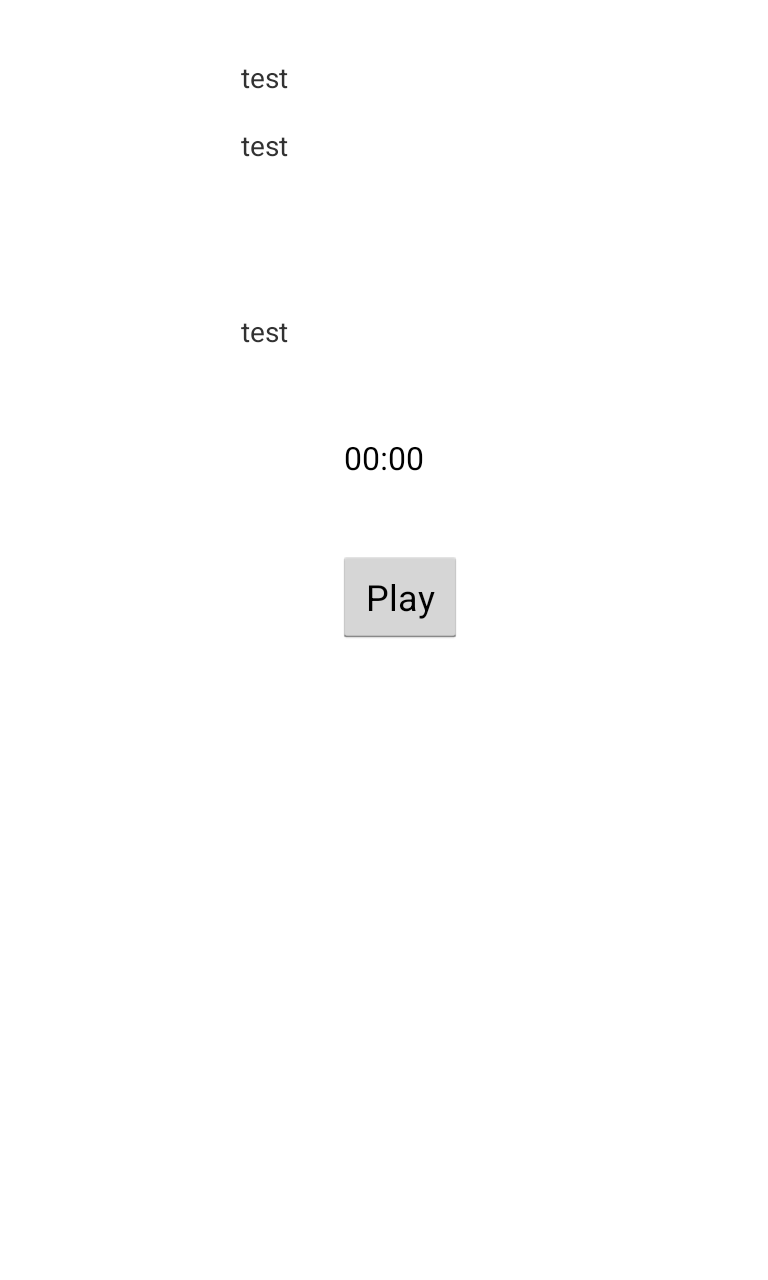
Repository: ragnarstolsmark/chartitles
Layout: workspace/Game of Thrones/GameOfThronesHelper/res/layout/activity_player.xml
The author's editor kept a copy of each file at every save. The layout is drawn from the files as they stood at one save, then again after the next save.
It is drawn on a 768 x 1280 px phone screen (xhdpi) without system bars, with theme AppTheme; the app's code is not run.

Above is the layout before, as saved 2012-12-04 21:53:23.

After the next save:
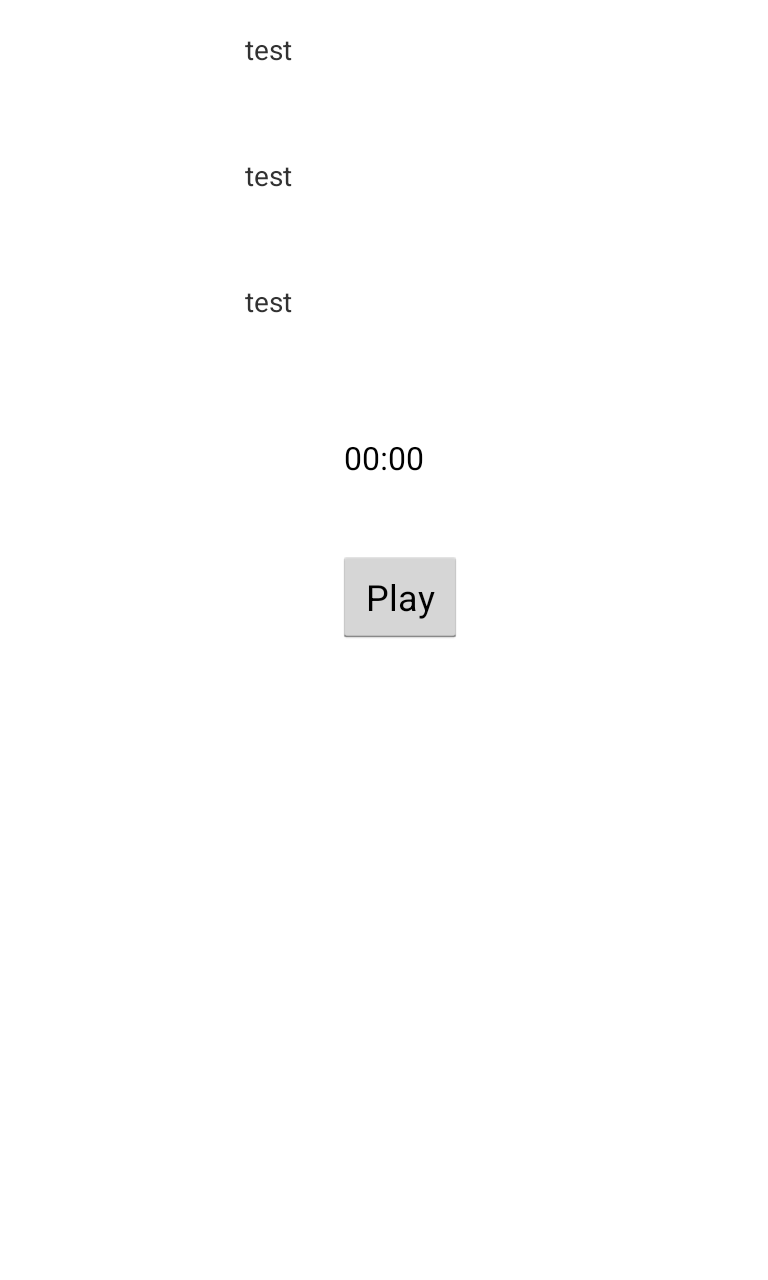
Saved 53 s later.
--- a/workspace/Game of Thrones/GameOfThronesHelper/res/layout/activity_player.xml
+++ b/workspace/Game of Thrones/GameOfThronesHelper/res/layout/activity_player.xml
@@ -53,11 +53,21 @@
         android:text="Play" />
 
     <TextView
+        android:id="@+id/textView2"
+        android:layout_width="wrap_content"
+        android:layout_height="wrap_content"
+        android:layout_alignLeft="@+id/textView1"
+        android:layout_alignTop="@+id/imageView2"
+        android:layout_marginTop="15dp"
+        android:text="test" />
+
+    <TextView
         android:id="@+id/textView1"
         android:layout_width="wrap_content"
         android:layout_height="wrap_content"
-        android:layout_alignBottom="@+id/imageView1"
-        android:layout_marginRight="24dp"
+        android:layout_alignParentTop="true"
+        android:layout_marginRight="22dp"
+        android:layout_marginTop="15dp"
         android:layout_toLeftOf="@+id/imageView1"
         android:text="test" />
 
@@ -65,16 +75,9 @@
         android:id="@+id/textView3"
         android:layout_width="wrap_content"
         android:layout_height="wrap_content"
-        android:layout_above="@+id/chronometer1"
-        android:layout_alignRight="@+id/textView2"
+        android:layout_alignLeft="@+id/textView2"
+        android:layout_alignTop="@+id/imageView3"
+        android:layout_marginTop="14dp"
         android:text="test" />
 
-    <TextView
-        android:id="@+id/textView2"
-        android:layout_width="wrap_content"
-        android:layout_height="wrap_content"
-        android:layout_alignLeft="@+id/textView1"
-        android:layout_alignTop="@+id/imageView2"
-        android:text="test"/>
-
 </RelativeLayout>
